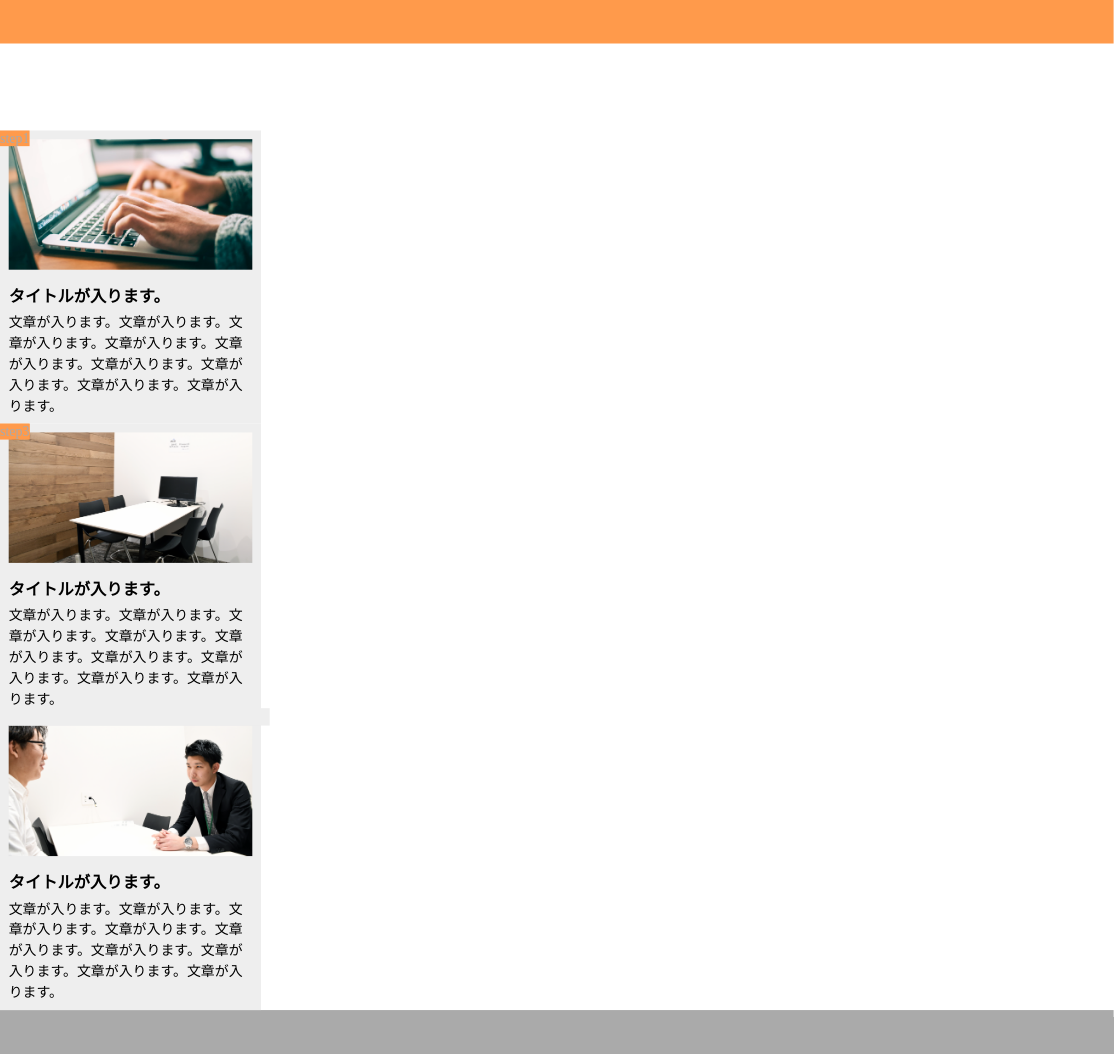
Repository: macchi-ro/-1
Page: 演習/practice.html
The author's editor kept a record of every edit. The page is drawn from the files as they stood at one moment, then again after the next edit.
The browser window is 1280 px wide. The pictures show the whole page, at 87% of full size.
Some web libraries are served in a nearby version.

Above is the page before.

After the next edit:
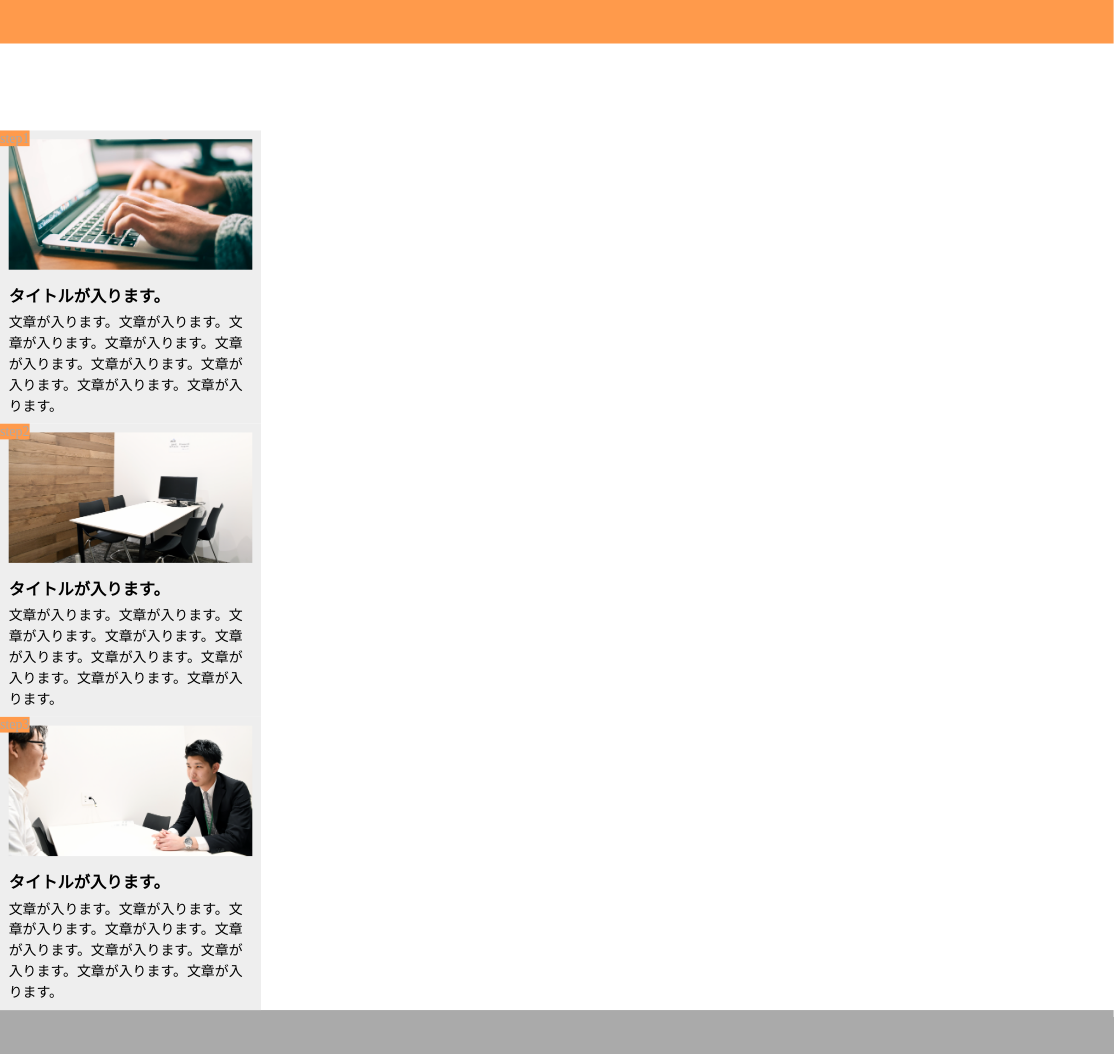
The edit:
--- a/演習/practice.html
+++ b/演習/practice.html
@@ -31,8 +31,9 @@
        <div class="step-img2"></div>
        <h3 class="title">タイトルが入ります。</h3>
        <p class="stepbox.text">文章が入ります。文章が入ります。文章が入ります。文章が入ります。文章が入ります。文章が入ります。文章が入ります。文章が入ります。文章が入ります。</p>
+      </div>
 
-      <div class="step-box"></div>
+      <div class="step-box">
        <div class="step-num">step3</div>
        <div class="step-img3"></div>
        <h3 class="title">タイトルが入ります。</h3>
